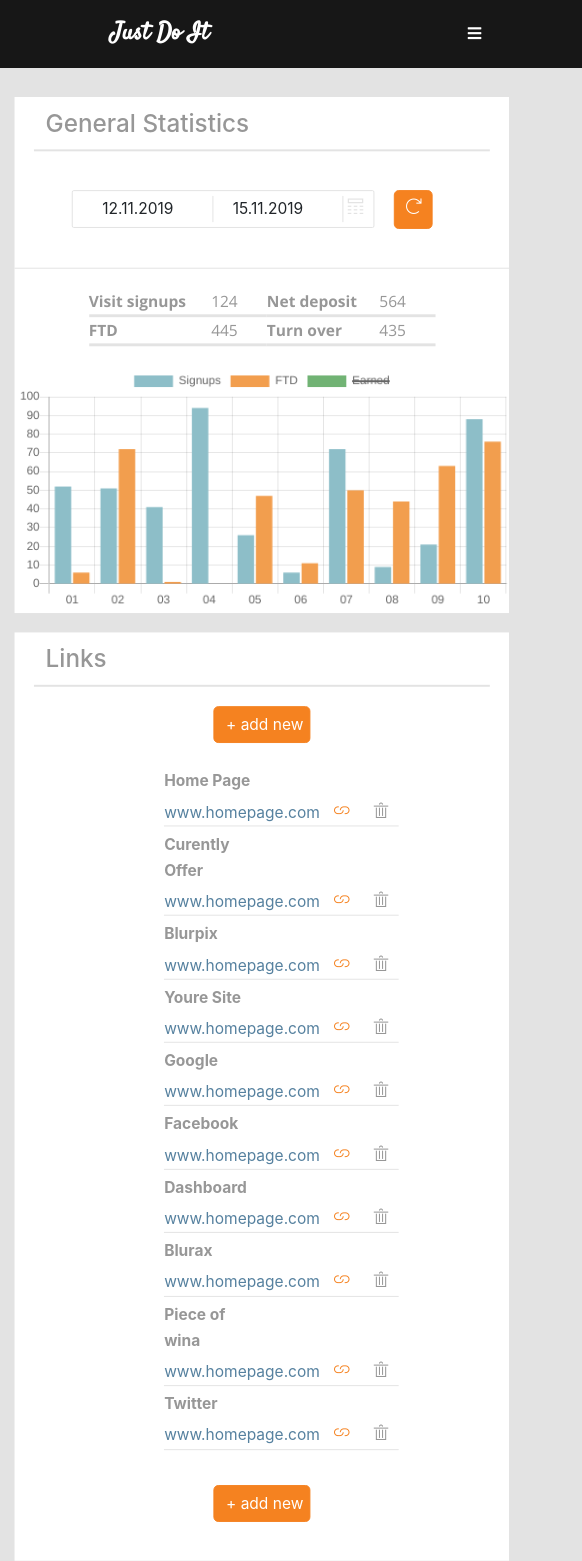
Repository: OllaWilk/wwwJustDoIt
Page: index.html
The author's editor kept a copy of each file at every save. The page is drawn from the files as they stood at one save, then again after the next save.
The browser window is 600 px wide. The pictures show the whole page, at 97% of full size.
Some web libraries are served in a nearby version. The style sheet was rebuilt from its Sass, Less or Tailwind sources for each picture, by a compiler version that may differ from the author's.

Above is the page before, as saved 2019-12-25 18:22:32.

After the next save:
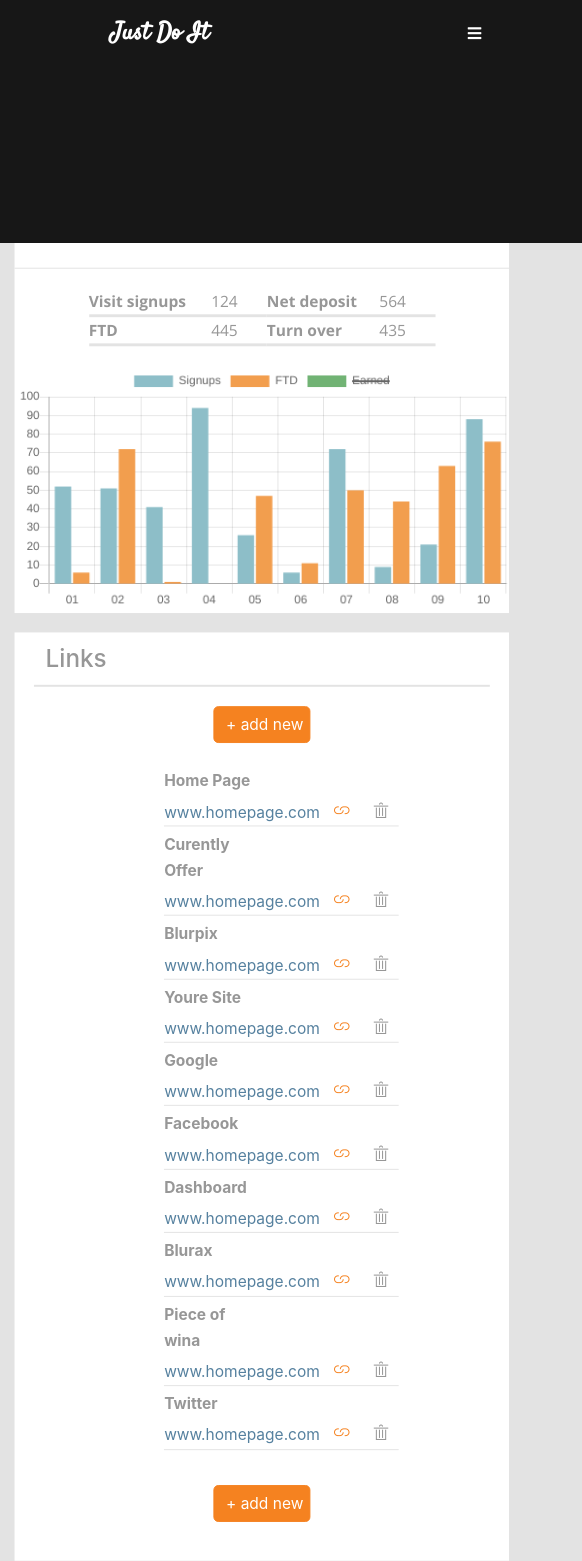
Saved 91 s later.
--- a/sass/components/_mediaQuery.scss
+++ b/sass/components/_mediaQuery.scss
@@ -13,7 +13,7 @@
 
     .navigation  {
         width: 100%;
-        height: auto;
+        height: 250px;
     }
 
     .navigationTop {
